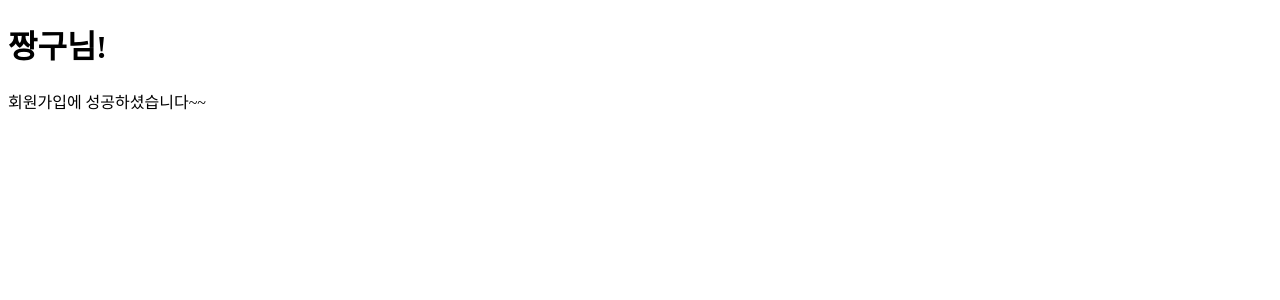
Repository: parkjin-sol/web-workplace
Page: http://localhost/BurgerKingProject/views/response_page.jsp
These files come from the project's save history. The page is drawn as it stood at one moment and after the next save; the edit follows.
The browser window is 1280 px wide. The pictures show the whole page.
The page is served by Tomcat 9.

Above is the page before, as saved 2025-03-10 05:11:24.

After the next save:
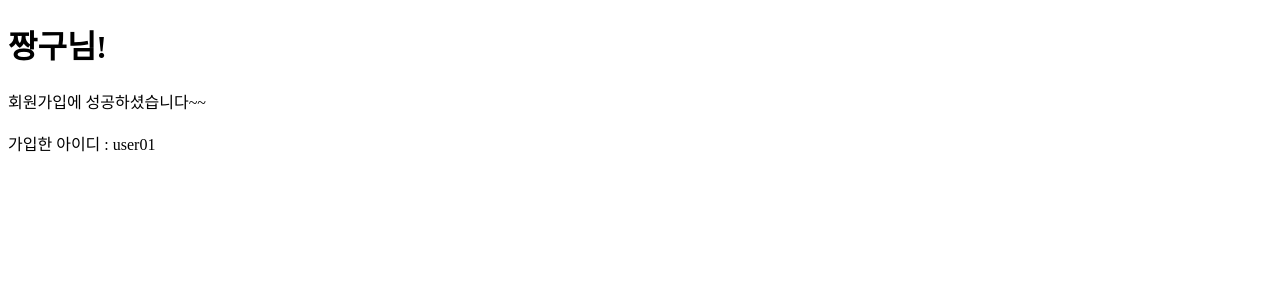
Saved 8 s later.
--- a/BurgerKingProject/src/main/webapp/views/response_page.jsp
+++ b/BurgerKingProject/src/main/webapp/views/response_page.jsp
@@ -20,6 +20,7 @@
 	<h1>짱구님! </h1>
 	<p>
 		회원가입에 성공하셨습니다~~  <br><br>
+		가입한 아이디 : user01
 	</p>
 
 </body>
